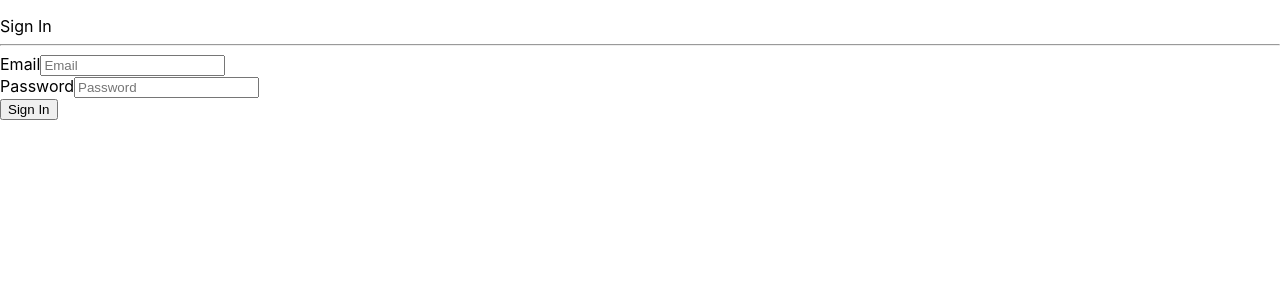
Repository: tosaken1116/Backs-of-seniors-hackathon
Page: /components/SignInModal
An editor plug-in stored every save of this project. The page is shown before and after a run of saves, followed by the edit.
The browser window is 1280 px wide. The pictures show the whole page.
The project was rebuilt for these pictures with package versions that can differ from the ones it lists, and the page was loaded fresh each time. The framework's server and built-in components were replaced by stand-ins that run in the browser. Also part of the build but not shown: next.config.js.

Above is the page before, as saved 2022-07-17 11:09:23.

### pages/_document.js
import Document, { Head, Html, Main, NextScript } from 'next/document'

class MyDocument extends Document {
  render() {
    return (
      <Html>
        <Head>
          <link
            href="https://fonts.googleapis.com/css2?family=Inter&display=optional"
            rel="stylesheet"
          />
        </Head>
        <body>
          <Main />
          <NextScript />
        </body>
      </Html>
    )
  }
}

export default MyDocument

### pages/components/SignInModal.tsx
import { useState } from "react";
export default function SignInModal() {
    type loginElement = {
        username: string;
        email: string;
        password: string;
    };
    let initialValues = { username: "", email: "", password: "" };
    const [formValues, setFormValues] = useState<loginElement>(initialValues);
    const handleChange = (event) => {
        // console.log(event.target);
        const { name, value } = event.target;
        setFormValues({ ...formValues, [name]: value });
    };
    return (
        <p className="text-center">
            <div className="flex-initial bg-rose-300">
                <div>Sign In</div>
            </div>
            <div className="formcontainer">
                <form>
                    <hr />
                    <div className="uiForm">
                        <div className="formField">
                            <label>Email</label>
                            <input
                                type="text"
                                placeholder="Email"
                                name="email"
                                required
                                onChange={(event) => handleChange(event)}
                            />
                        </div>
                        <div className="formField bg">
                            <label>Password</label>
                            <input
                                type="password"
                                placeholder="Password"
                                name="password"
                                required
                                onChange={(event) => handleChange(event)}
                            />
                        </div>
                        <button className="SubmitButton">Sign In</button>
                    </div>
                </form>
            </div>
        </p>
    );
}

Loaded but not shown: pages/_app.js (common file); styles/globals.css (common file)

After the next 4 saves:
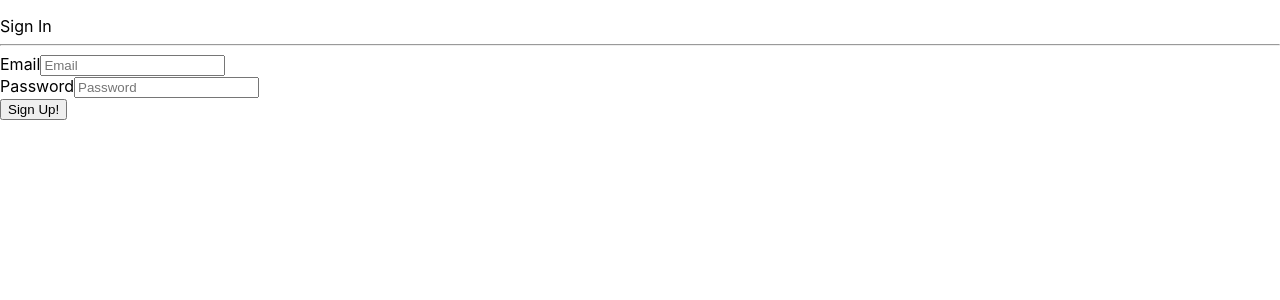
The 4 saves are shown as one change because 3 did not build or start.
The last was saved 4 min 36 s later.
--- a/pages/components/SignInModal.tsx
+++ b/pages/components/SignInModal.tsx
@@ -41,7 +41,11 @@ export default function SignInModal() {
                                 onChange={(event) => handleChange(event)}
                             />
                         </div>
-                        <button className="SubmitButton">Sign In</button>
+                        <div className="m-3">
+                            <button className="px-2 py-1 bg-green-400 text-xl text-white font-semibold rounded hover:bg-green-500">
+                                Sign Up!
+                            </button>
+                        </div>
                     </div>
                 </form>
             </div>
